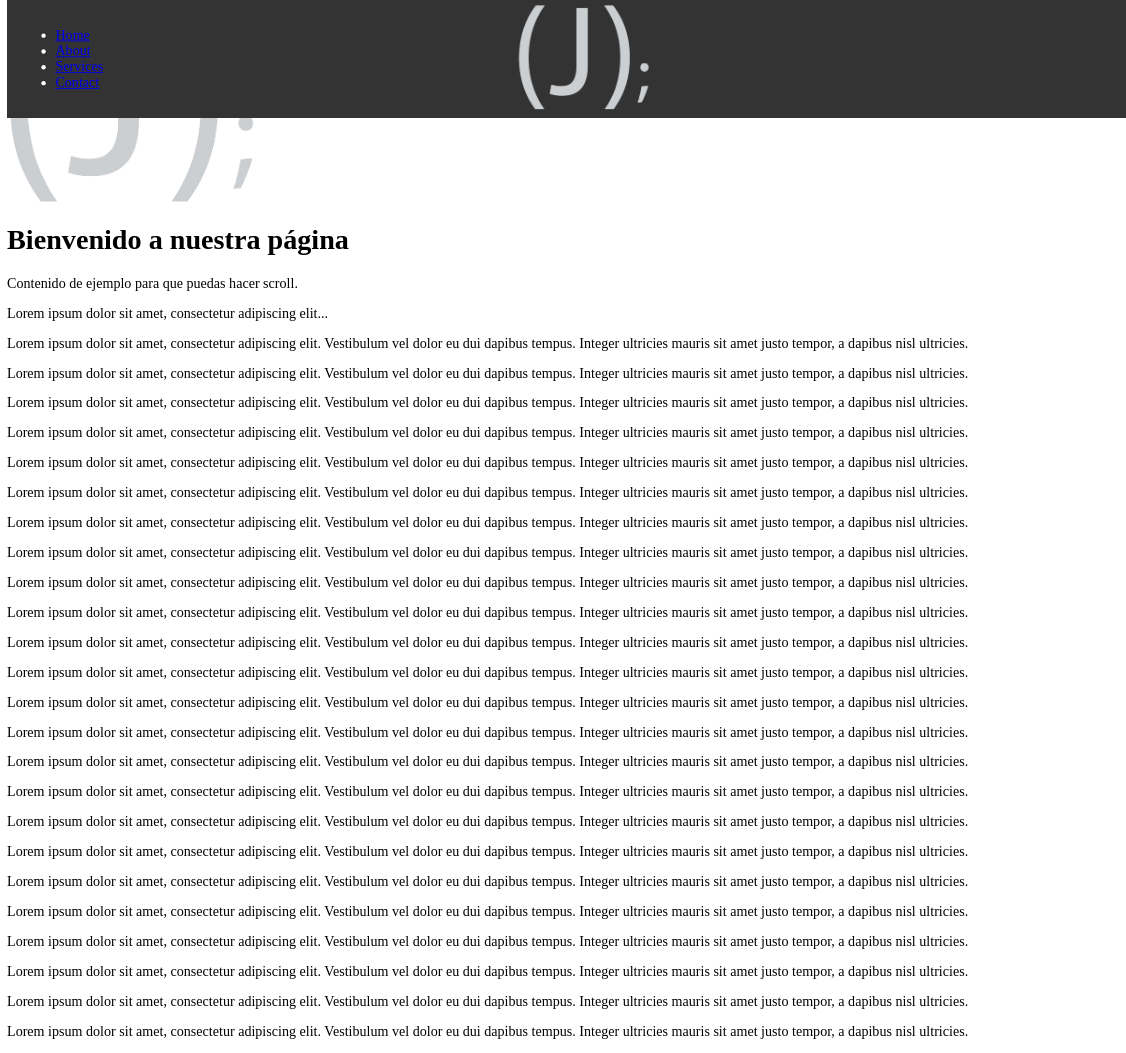
Repository: JoyMoGas/HelujaArc
Page: http://localhost/
An editor plug-in stored every save of this project. The page is shown before and after the next save, followed by the edit.
The browser window is 1280 px wide. The pictures show the whole page, at 88% of full size.
The page is served by the project's application, run on Flask 3 (run.py).

Above is the page before, as saved 2024-08-11 15:31:03.

After the next save:
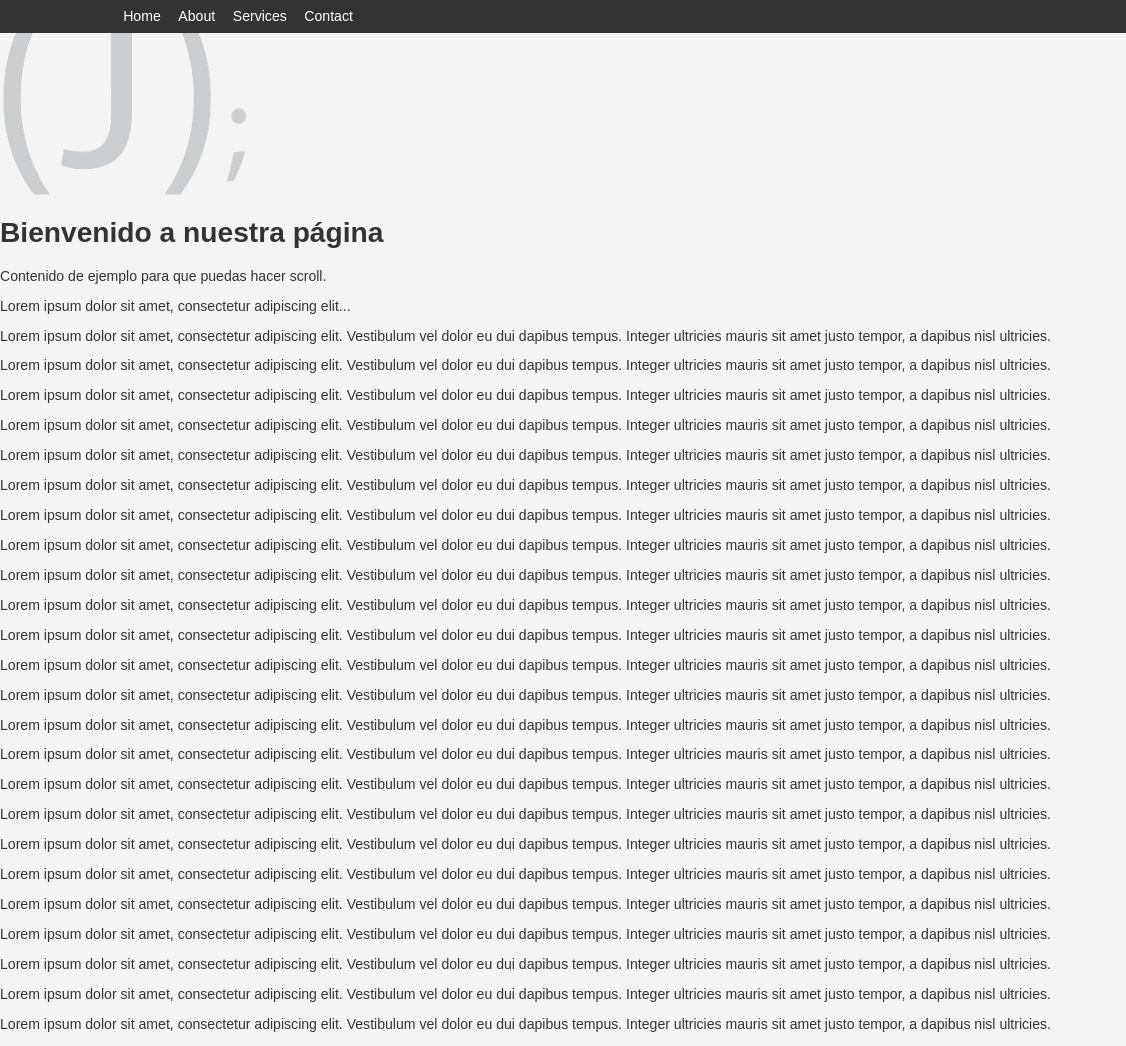
Saved 15 s later.
--- a/static/style.css
+++ b/static/style.css
@@ -1,36 +1,94 @@
-/* Estilos para la navbar */
+/* Estilo para el cuerpo de la página */
+body {
+    margin: 0;
+    font-family: Arial, sans-serif;
+    background-color: #f4f4f4; /* Color de fondo del body */
+    color: #333; /* Color del texto del body */
+    position: relative; /* Necesario para la posición del logotipo */
+}
+
+/* Estilo para la navbar */
 .navbar {
     position: fixed;
+    top: 0;
     width: 100%;
-    top: 0;
-    background-color: #333;
+    background-color: #333; /* Color de fondo de la navbar */
     color: white;
-    padding: 15px;
-    z-index: 1000;
     display: flex;
-    justify-content: space-between;
     align-items: center;
+    padding: 10px 40px; /* Espacio ajustado a la izquierda */
+    z-index: 1000; /* Asegura que la navbar esté por encima de otros contenidos */
+    box-sizing: border-box; /* Asegura que el padding se incluya en el ancho total */
 }
 
-/* Estilos para el logotipo */
-#logo-container {
+/* Logo en la navbar */
+.navbar-logo {
     position: absolute;
-    top: auto;
-    left: 50%;
-    transform: translateX(-50%);
-    transition: transform 0.5s ease, top 0.5s ease, width 0.5s ease;
+    top: 10px;
+    left: 20px; /* Ajusta según la ubicación deseada en la navbar */
+    width: 60px; /* Tamaño del logotipo en la navbar */
+    height: auto;
+    transition: transform 0.5s ease, width 0.5s ease, height 0.5s ease;
+    display: none; /* Inicialmente oculto */
+    z-index: 1001; /* Asegura que el logotipo esté por encima del contenido de la navbar */
 }
 
-#logo-container img {
-    width: 150px;
-    transition: width 0.5s ease;
+/* Define la animación de deslizamiento */
+@keyframes slideToNavbar {
+    0% {
+        transform: translateY(0) translateX(0) scale(1);
+    }
+    100% {
+        transform: translateY(calc(-50vh + 10px)) translateX(calc(-50vw + 20px)) scale(0.5);
+    }
 }
 
-/* Cuando se hace scroll, mover el logo a la navbar */
-.sticky {
-    position: fixed;
-    top: 15px; /* Alinear con la navbar */
-    left: 15px; /* Alinear con la navbar */
-    transform: translateX(0);
-    width: 40px;
+/* Estilos iniciales del logotipo en el body */
+#body-logo {
+    position: absolute; /* Cambiado a absolute para que el logotipo esté en el flujo del contenido */
+    top: 10px;
+    left: 20px;
+    transform: translate(0, 0);
+    transition: transform 0.5s ease, width 0.5s ease, height 0.5s ease;
+    z-index: 999; /* Asegura que el logotipo esté por encima del contenido, pero no de la navbar */
 }
+
+/* Aplica los estilos cuando el usuario hace scroll */
+.scrolled #body-logo {
+    transform: translateY(calc(-50vh + 10px)) translateX(calc(-50vw + 20px)) scale(0.5);
+}
+
+.scrolled .navbar-logo {
+    display: block; /* Muestra el logotipo en la navbar */
+    animation: slideToNavbar 1s forwards; /* Aplica la animación */
+}
+
+/* Estilos para los enlaces en la navbar */
+.navbar-links {
+    list-style: none;
+    margin: 0;
+    padding: 0;
+    display: flex;
+    margin-left: 80px; /* Ajustado para dejar espacio para el logotipo */
+}
+
+.navbar-links li {
+    margin-left: 20px;
+}
+
+.navbar-links a {
+    color: white;
+    text-decoration: none;
+    font-size: 16px;
+    transition: color 0.3s ease;
+}
+
+.navbar-links a:hover {
+    color: #ddd; /* Color del enlace al pasar el cursor */
+}
+
+/* Contenido de la página */
+.content {
+    padding: 20px;
+    margin-top: 80px; /* Ajusta el margen superior para que el contenido no quede oculto debajo de la navbar */
+}
